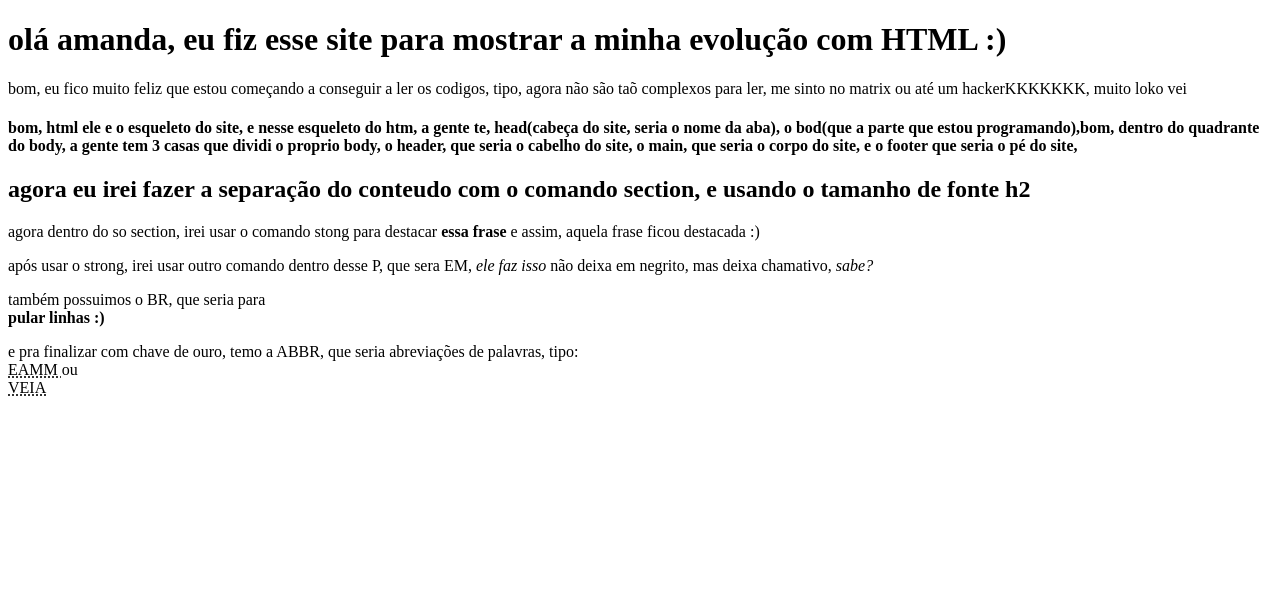
Repository: Jhones17/HTML-CURSO-V1
Page: index.html
The author's editor kept a copy of each file at every save. The page is drawn from the files as they stood at one save, then again after the next save.
The browser window is 1280 px wide. The pictures show the whole page.

Above is the page before, as saved 2025-03-16 01:03:41.

### index.html
<!DOCTYPE html>
<html>
    <head>
        <title>CURSO HTML</title>
            <meta name="description" content="aqui você verá o meu conhecimento sobre HTML,
            o será um documentario do que eu aprendi com HTML, espero que se divirta e goste de o que eu aprendi :)">
            </head>
                  <body>
                      <header>
                    <h1>olá amanda, eu fiz esse site para mostrar a minha evolução com HTML :) </h1>
                <p>bom, eu fico muito feliz que estou começando a conseguir a ler os codigos, tipo,
                agora não são taõ complexos para ler, me sinto no matrix ou até um hackerKKKKKKK, muito loko vei
            </p>
        </header>
       <h4>  bom, html ele e o esqueleto do site, e nesse esqueleto do htm, a gente te, head(cabeça do site, seria o nome da aba),
         o bod(que a parte que estou programando),bom, dentro do quadrante do body, a gente tem 3
         casas que dividi o proprio body, o header, que seria o cabelho do site, o main, que seria o corpo do site, e o footer que seria o pé do site,</h4>
    <main>
   <section>
  <h2> agora eu irei fazer a separação do conteudo com o comando section, e usando o tamanho de fonte h2
</h2>
<p> agora dentro do so section, irei usar o comando stong para destacar <strong> essa frase </strong> e assim, aquela frase ficou destacada :) </p>
<p> após usar o strong, irei usar outro comando dentro desse P, que sera EM, <em> ele faz isso</em> não deixa em negrito, mas deixa chamativo, <em> sabe?</em></p>
<p> também possuimos o BR, que seria para <br>
<strong> pular linhas :) </strong>  </p>
<p> e pra finalizar com chave de ouro, temo a ABBR, que seria abreviações de palavras, tipo: <br>
<abbr title="eu amo minha mulher"> EAMM </abbr> ou <br>
<abbr title="você é incrivel amor <3">  VEIA </abbr> </p>



</section>


            </main>
        <footer></footer>
    </body>
 </html>

After the next save:
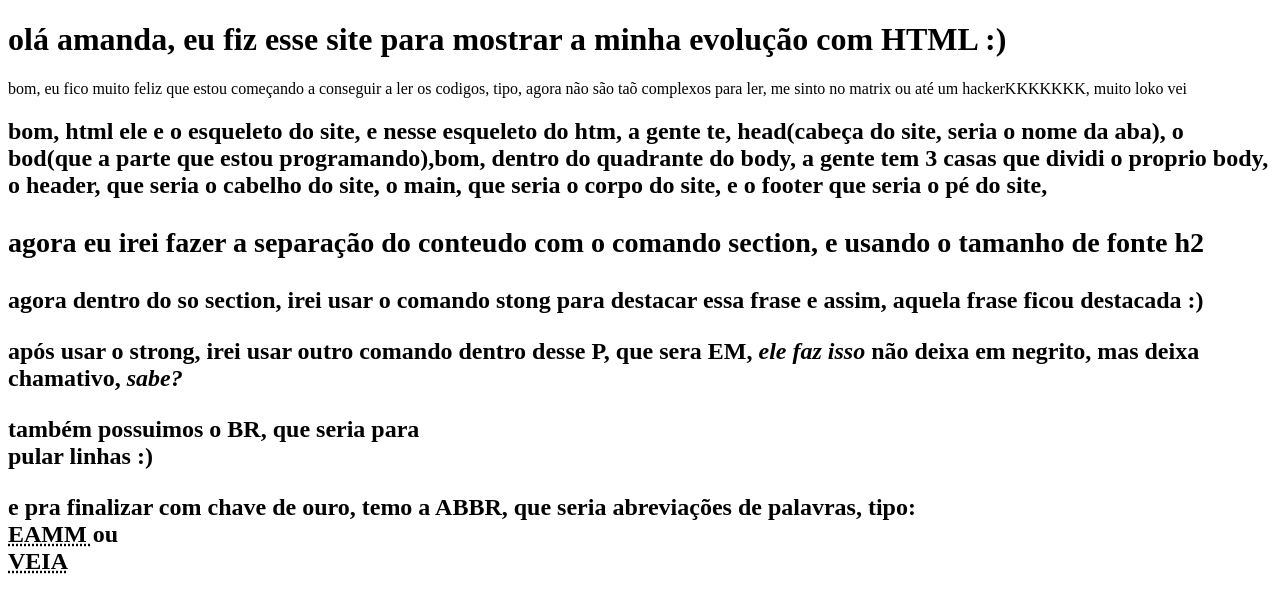
Saved 64 s later.
--- a/index.html
+++ b/index.html
@@ -12,13 +12,13 @@
                 agora não são taõ complexos para ler, me sinto no matrix ou até um hackerKKKKKKK, muito loko vei
             </p>
         </header>
-       <h4>  bom, html ele e o esqueleto do site, e nesse esqueleto do htm, a gente te, head(cabeça do site, seria o nome da aba),
+       <h2>  bom, html ele e o esqueleto do site, e nesse esqueleto do htm, a gente te, head(cabeça do site, seria o nome da aba),
          o bod(que a parte que estou programando),bom, dentro do quadrante do body, a gente tem 3
-         casas que dividi o proprio body, o header, que seria o cabelho do site, o main, que seria o corpo do site, e o footer que seria o pé do site,</h4>
+         casas que dividi o proprio body, o header, que seria o cabelho do site, o main, que seria o corpo do site, e o footer que seria o pé do site,</h>
     <main>
    <section>
-  <h2> agora eu irei fazer a separação do conteudo com o comando section, e usando o tamanho de fonte h2
-</h2>
+  <h3> agora eu irei fazer a separação do conteudo com o comando section, e usando o tamanho de fonte h2
+</h3>
 <p> agora dentro do so section, irei usar o comando stong para destacar <strong> essa frase </strong> e assim, aquela frase ficou destacada :) </p>
 <p> após usar o strong, irei usar outro comando dentro desse P, que sera EM, <em> ele faz isso</em> não deixa em negrito, mas deixa chamativo, <em> sabe?</em></p>
 <p> também possuimos o BR, que seria para <br>
@@ -28,7 +28,6 @@
 <abbr title="você é incrivel amor <3">  VEIA </abbr> </p>
 
 
-
 </section>
 
 
